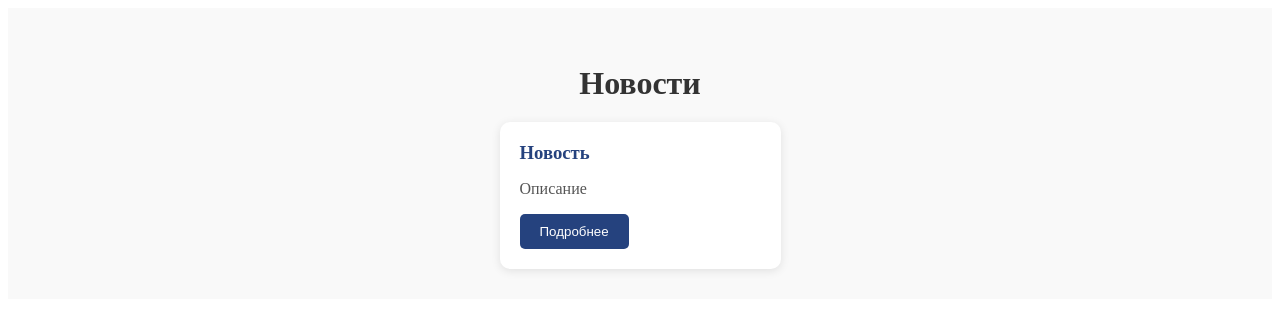
Repository: MaratLK/PLKFrontend
Page: Templates/NewsForIndex.html
An editor plug-in stored every save of this project. The page is shown before and after the next save, followed by the edit.
The browser window is 1280 px wide. The pictures show the whole page.

Above is the page before, as saved 2024-08-25 06:36:34.

### Templates/NewsForIndex.html
<!DOCTYPE html>
<html lang="en">
  <head>
    <meta charset="UTF-8" />
    <meta name="viewport" content="width=device-width, initial-scale=1.0" />
    <title>Document</title>
    <style>
      .news {
    padding: 30px;
    background-color: #f9f9f9;
    text-align: center;}

    .news h2 {
    font-size: 2em;
    color: #333;
    margin-bottom: 20px;
    }

    .news-container {
    display: flex;
    justify-content: center;
    flex-wrap: wrap;
    gap: 20px;
}

.news-card {
    background-color: #ffffff;
    border-radius: 10px;
    box-shadow: 0 2px 10px rgba(0, 0, 0, 0.1);
    padding: 20px;
    width: calc(25% - 20px);
    box-sizing: border-box;
    text-align: left;
}

.news-card h3 {
    margin: 0 0 10px;
    color: #25427e;
}

.news-card p {
    color: #555;
}
.news-card button {
    background-color: #25427e;
    color: white;
    padding: 10px 20px;
    border: none;
    border-radius: 5px;
    cursor: pointer;
    transition: background-color 0.3s;
}
    </style>
  </head>
  <body>
    <section id="news" class="news">
        <h2>Новости</h2>
        <div class="news-container">
            <div class="news-card">
                <h3>Новость</h3>
                <p>Описание</p>
                <button class="open-modal" data-news="news1">Подробнее</button>
            </div>
    </section>
  </body>
</html>

After the next save:
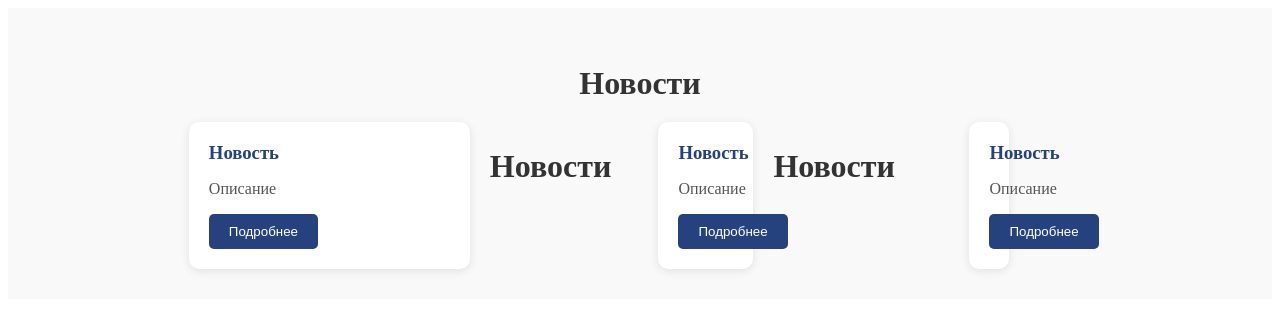
Saved 13 s later.
--- a/Templates/NewsForIndex.html
+++ b/Templates/NewsForIndex.html
@@ -61,6 +61,22 @@
                 <p>Описание</p>
                 <button class="open-modal" data-news="news1">Подробнее</button>
             </div>
+
+            <h2>Новости</h2>
+            <div class="news-container">
+                <div class="news-card">
+                    <h3>Новость</h3>
+                    <p>Описание</p>
+                    <button class="open-modal" data-news="news1">Подробнее</button>
+                </div>
+
+                <h2>Новости</h2>
+                <div class="news-container">
+                    <div class="news-card">
+                        <h3>Новость</h3>
+                        <p>Описание</p>
+                        <button class="open-modal" data-news="news1">Подробнее</button>
+                    </div>
     </section>
   </body>
 </html>
